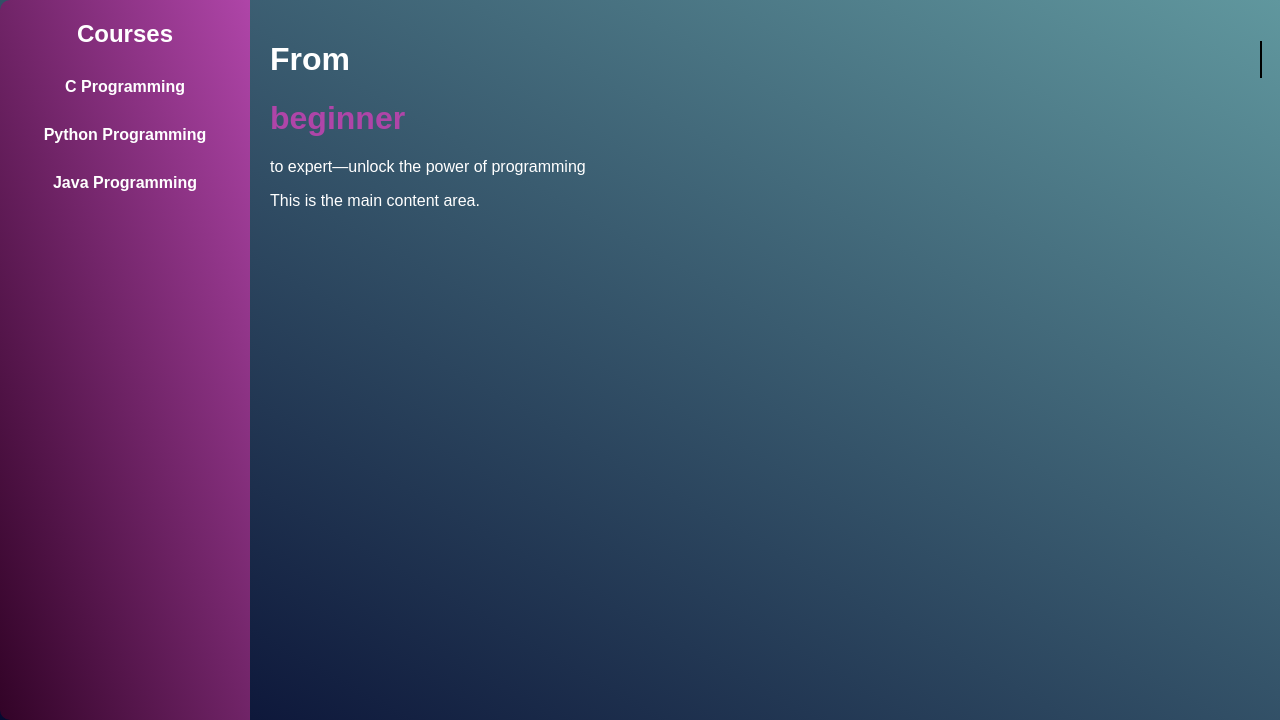
Repository: RishitSharma88/SeaGro
Page: templates/learningcourses.html
An editor plug-in stored every save of this project. The page is shown before and after the next save, followed by the edit.
The browser window is 1280 px wide. The pictures show the whole page.
The template is drawn by Flask 3. The application's start-up code is not run. The template is opened directly, without the code that normally fills it, so the values that code supplies are empty.

Above is the page before, as saved 2024-12-28 13:46:07.

After the next save:
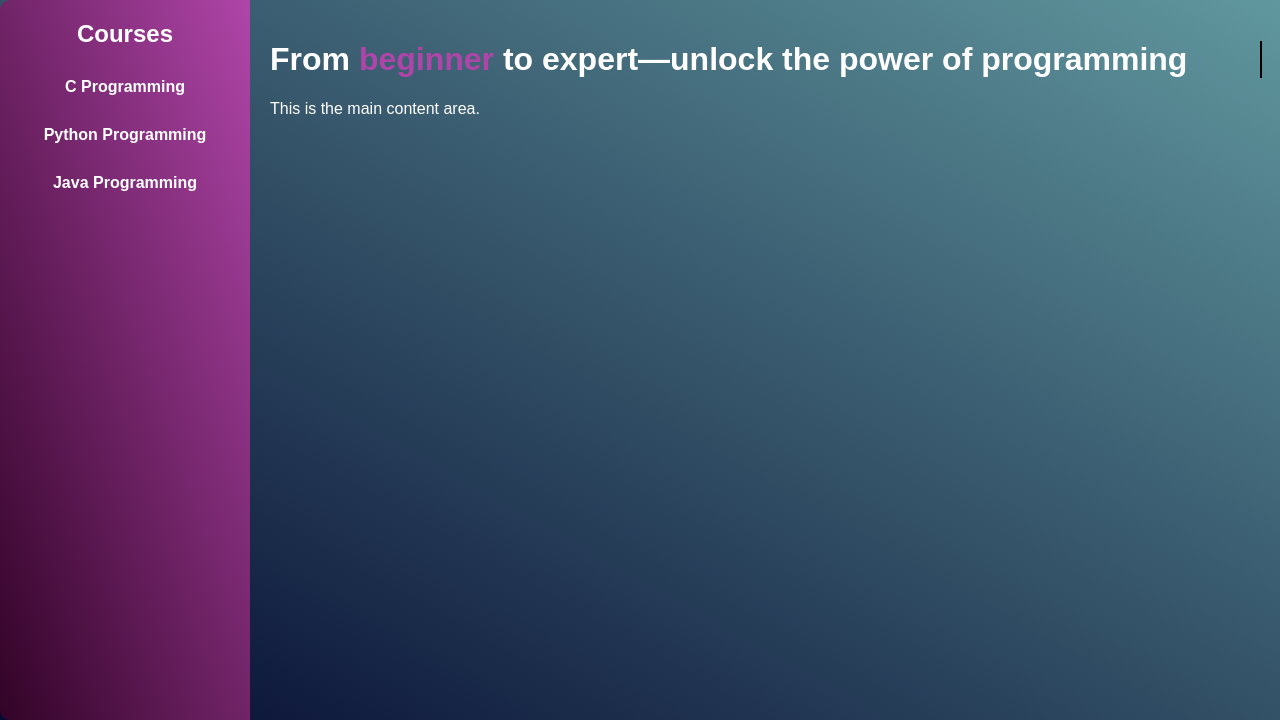
Saved 117 s later.
--- a/templates/learningcourses.html
+++ b/templates/learningcourses.html
@@ -135,7 +135,9 @@
     <!-- <button class="toggle-btn">&#9664;</button> -->
 
     <div class="main-content">
-        <p><h1 class="typing">From <h1 class="highlight">beginner</h1> to expert—unlock the power of programming</h1></p>
+        <h1 class="typing">
+            From <span class="highlight">beginner</span> to expert—unlock the power of programming
+        </h1>
         <p>This is the main content area.</p>
     </div>
 
